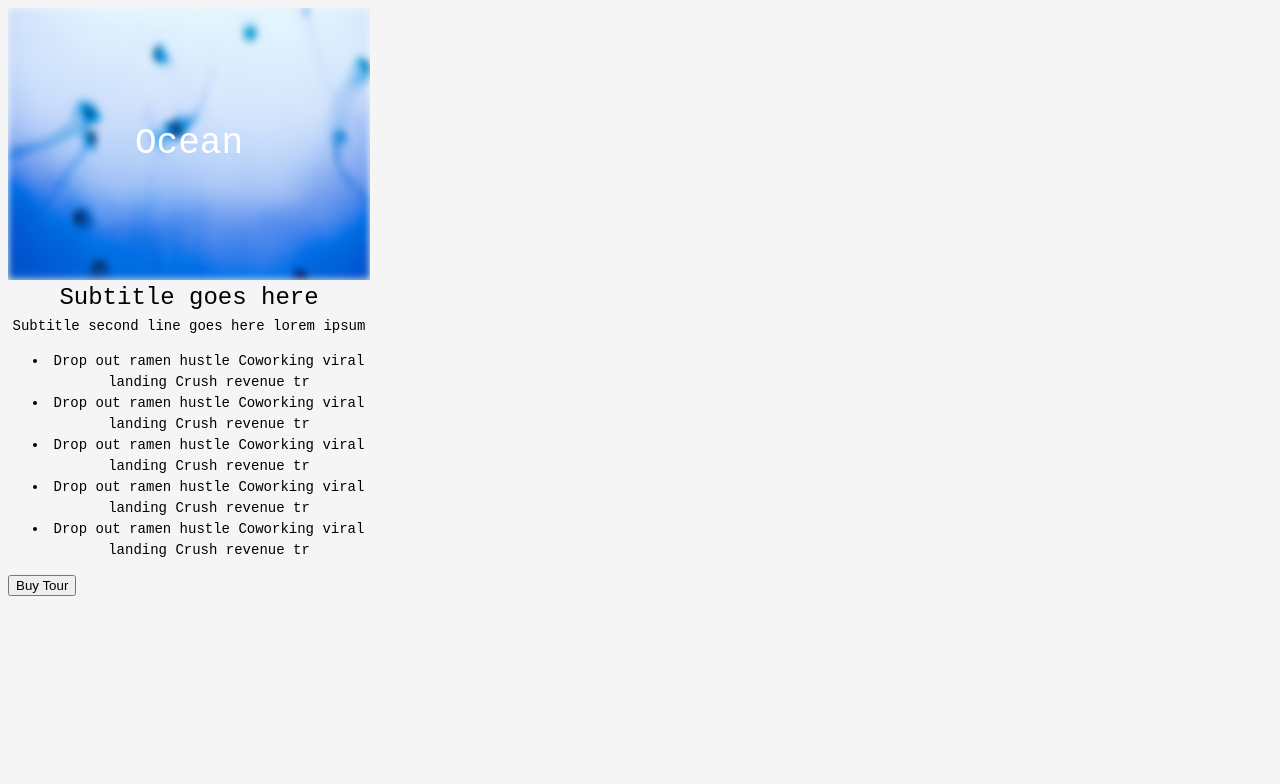
Repository: HoanTiny/pricetable
Page: index.html
These files come from the project's save history. The page is drawn as it stood at one moment and after the next save; the edit follows.
The browser window is 1280 px wide. The pictures show the whole page.

Above is the page before, as saved 2022-07-04 10:09:12.

After the next save:
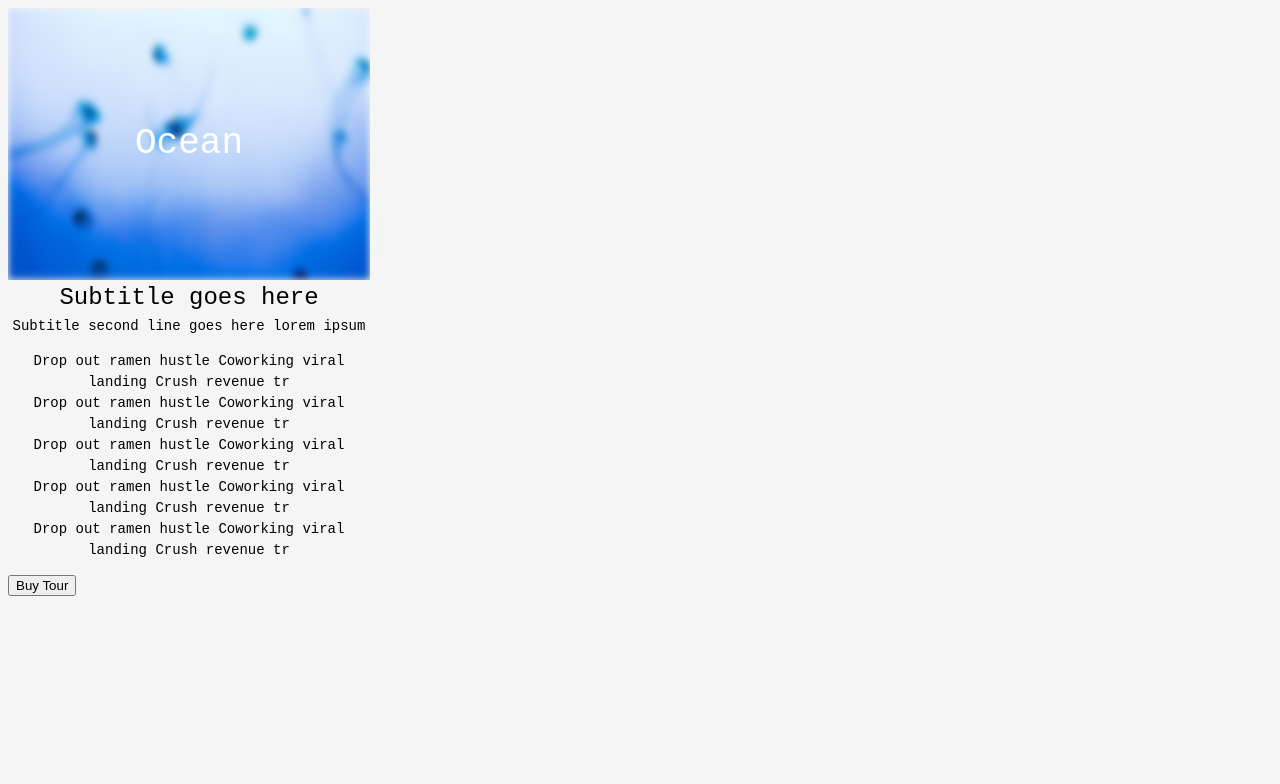
Saved 11 s later.
--- a/assests/css/style.css
+++ b/assests/css/style.css
@@ -51,7 +51,7 @@ img {
     font-size: 14px;
 }
 
-.title_list {
+.title_list ul {
     text-align: center;
     padding-left: 0;
     list-style: none;
